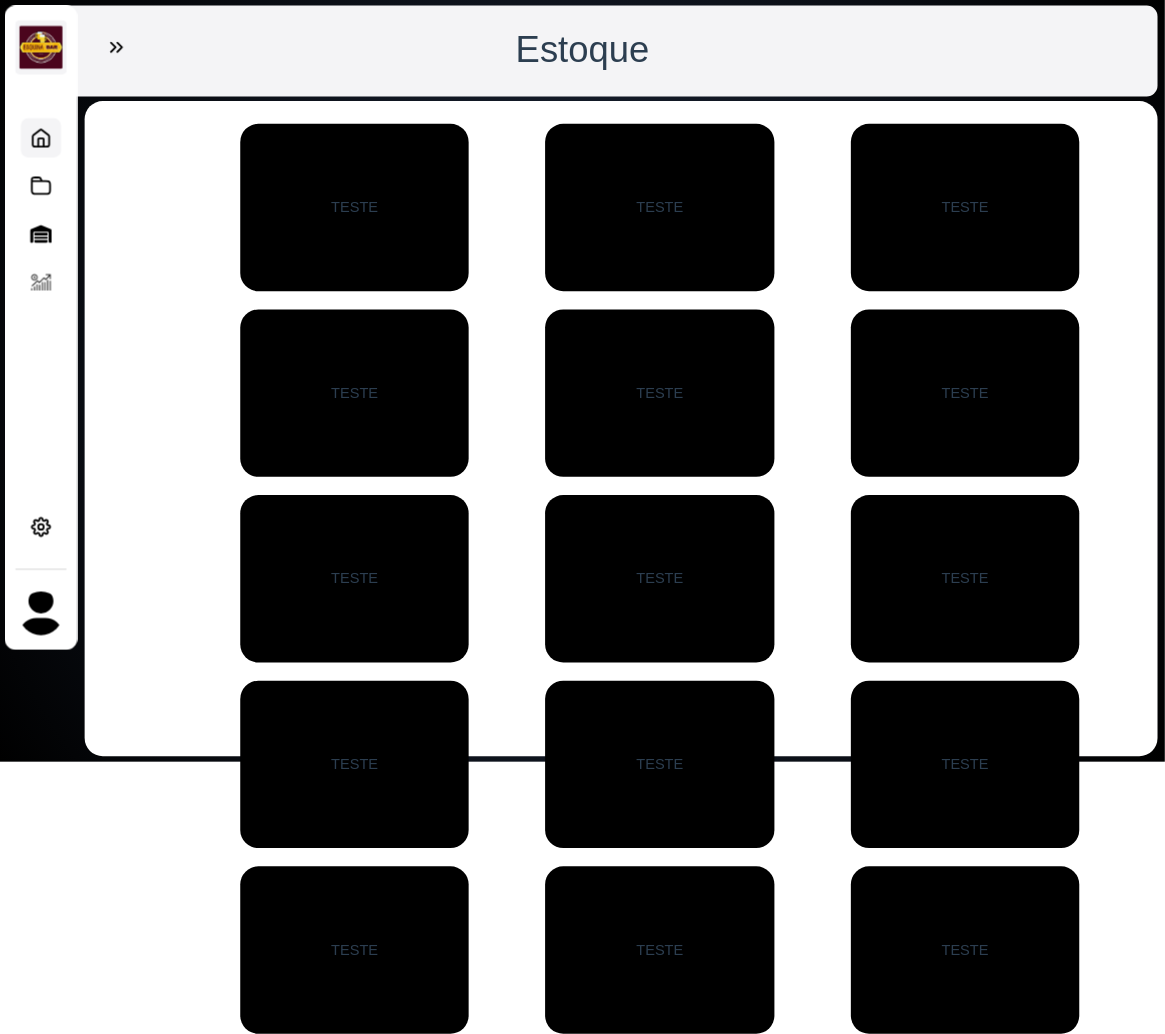
Repository: jazaoo13/Projeto_Oficina_Integracao
Page: / (app in Aplicacao_vue/)
These files come from the project's save history. The page is drawn as it stood at one moment and after the next save; the edit follows.
The browser window is 1280 px wide. The pictures show the whole page, at 91% of full size.
The page's requests for data from a server got no answer. The project was rebuilt for these pictures with package versions that can differ from the ones it lists, and the page was loaded fresh each time. No one was signed in, and anything a server would have sent is missing. Also part of the build but not shown: Aplicacao_vue/vue.config.js, Aplicacao_vue/src/View/jazao.vue.

Above is the page before, as saved 2023-11-19 17:09:06.

After the next save:
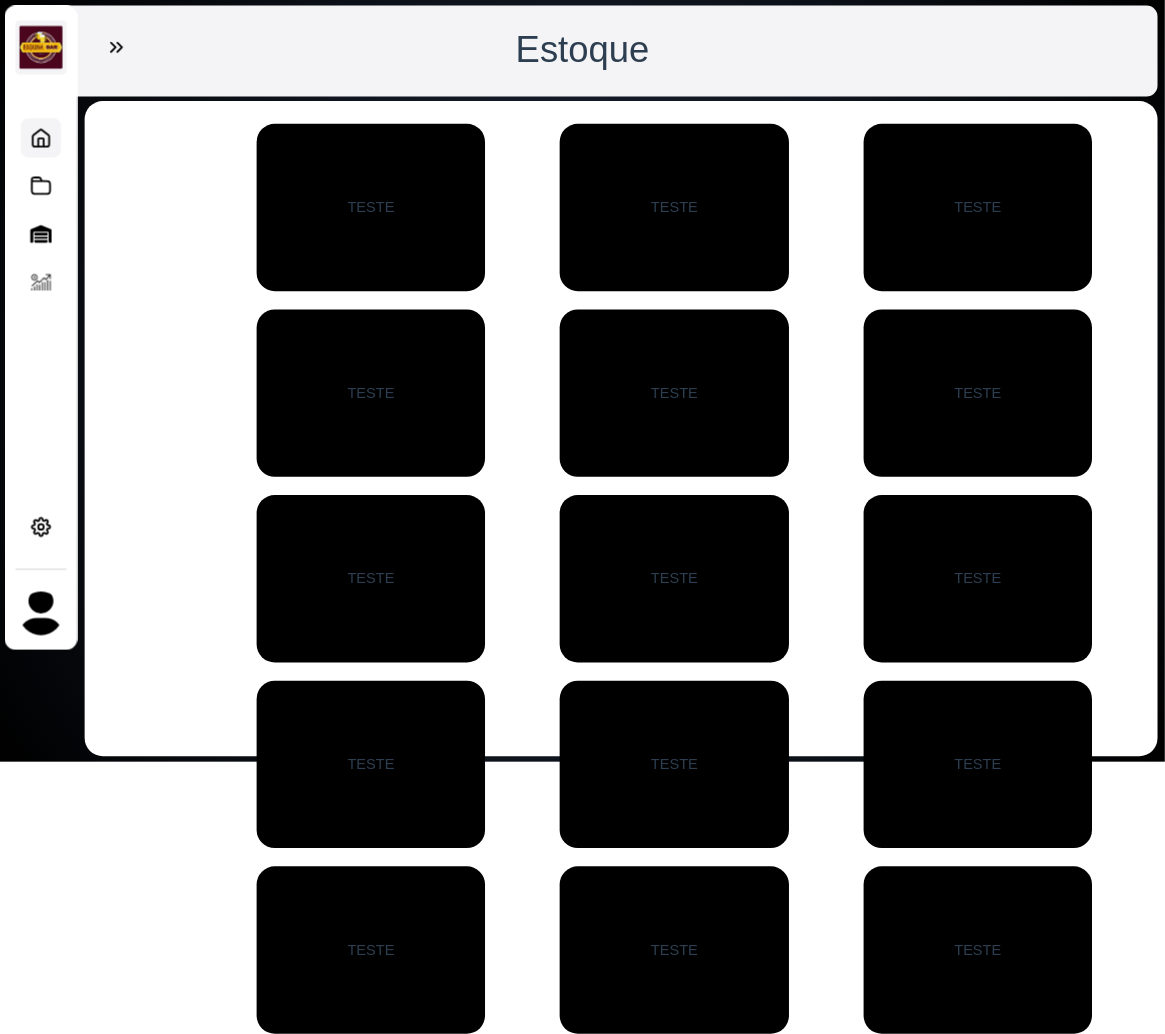
Saved 28 s later.
--- a/Aplicacao_vue/src/components/EstoqueView.vue
+++ b/Aplicacao_vue/src/components/EstoqueView.vue
@@ -1,6 +1,6 @@
 <template>
     <div class="fundo">
-        <div class="row" :class="{ 'isActive': this.$store.state.isActive }">
+        <div class="listaItens" :class="{ 'isActive': this.$store.state.isActive }">
             <ul class="teste">
                 <li class="items">TESTE</li>
                 <li class="items">TESTE</li>
@@ -39,7 +39,7 @@
 </script>
 
 <style lang="scss" scoped>
-.row {
+.listaItens {
     width: calc(100% - 85px);
     margin-left: auto;
     border-radius: 20px;
@@ -47,7 +47,6 @@
     margin-right: 0px;
     height: calc(100% - 10px);
     transition: width 500ms ease;
-
     &.isActive {
         width: calc(100% - 245px);
         transition: width 500ms ease;

After the save that followed:
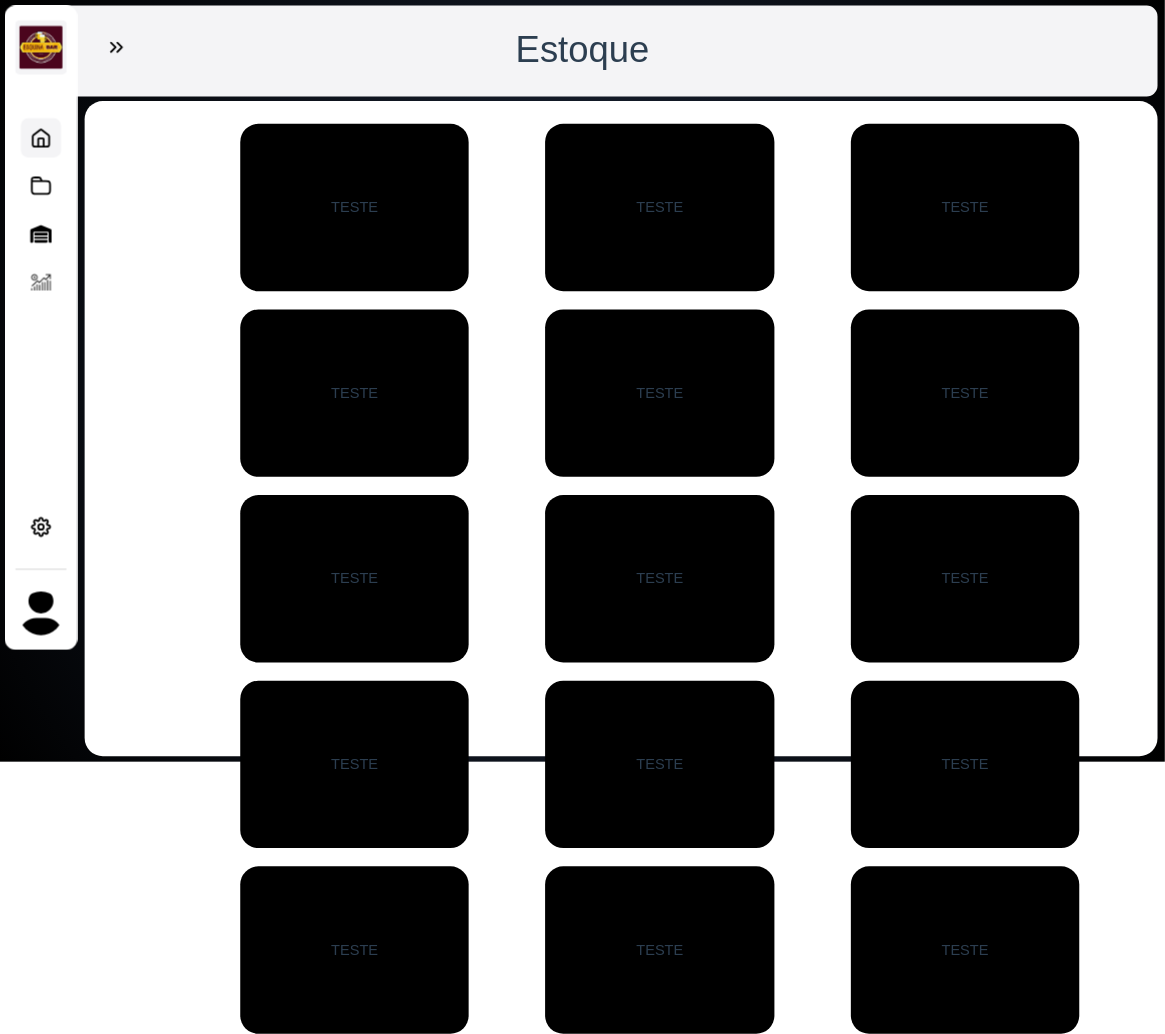
Saved 31 s later.
--- a/Aplicacao_vue/src/components/EstoqueView.vue
+++ b/Aplicacao_vue/src/components/EstoqueView.vue
@@ -1,7 +1,7 @@
 <template>
     <div class="fundo">
-        <div class="listaItens" :class="{ 'isActive': this.$store.state.isActive }">
-            <ul class="teste">
+        <div class="row" :class="{ 'isActive': this.$store.state.isActive }">
+            <ul class="listaItens">
                 <li class="items">TESTE</li>
                 <li class="items">TESTE</li>
                 <li class="items">TESTE</li>
@@ -39,7 +39,7 @@
 </script>
 
 <style lang="scss" scoped>
-.listaItens {
+.row {
     width: calc(100% - 85px);
     margin-left: auto;
     border-radius: 20px;
@@ -76,7 +76,7 @@
     list-style-type: none;
 }
 
-.teste {
+.listaItens {
     display: flex;
     flex-direction: row;
     justify-content: space-evenly;
